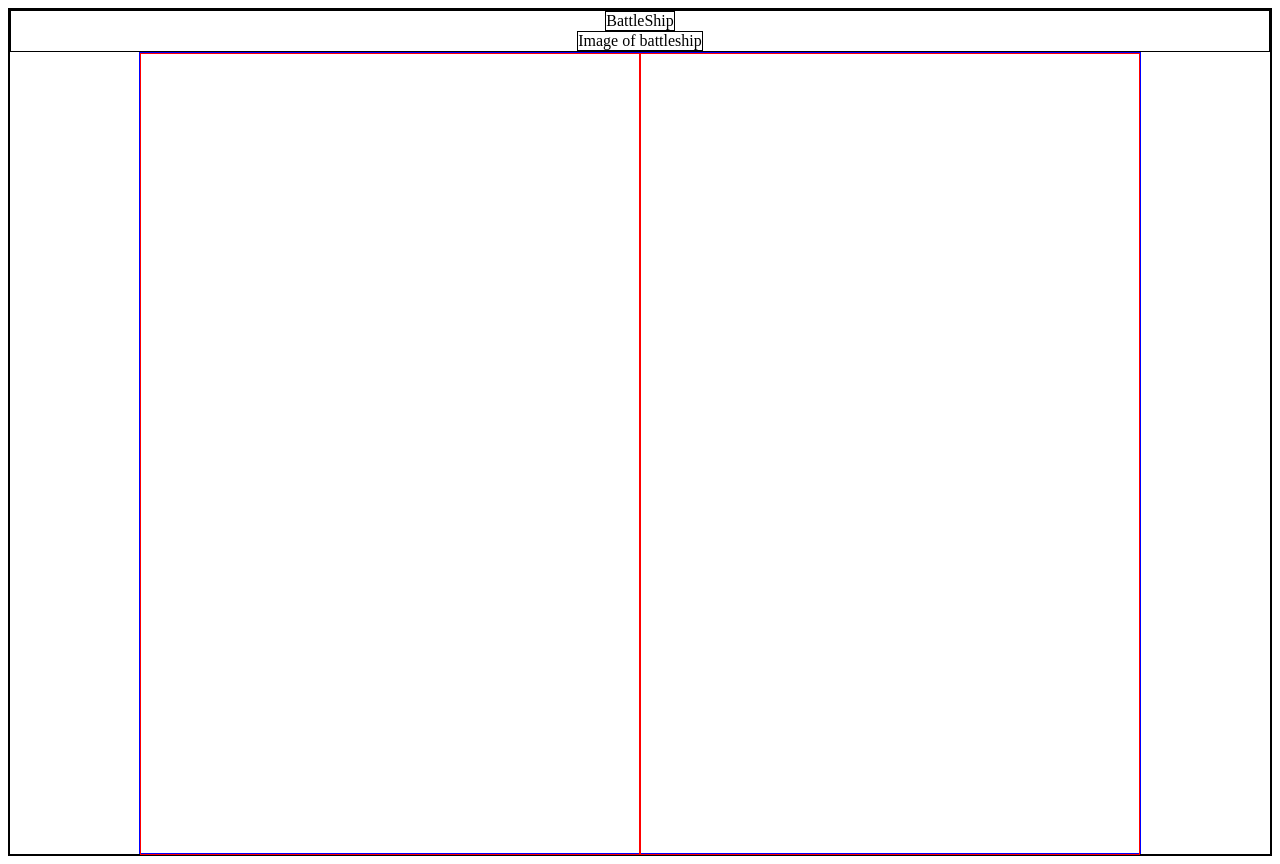
Repository: J-Haze/BattleshipApp
Page: /
The author's editor kept a copy of each file at every save. The page is drawn from the files as they stood at one save, then again after the next save.
The browser window is 1280 px wide. The pictures show the whole page.
The project was rebuilt for these pictures with package versions that can differ from the ones it lists, and the page was loaded fresh each time. Also part of the build but not shown: src/index.css.

Above is the page before, as saved 2020-09-15 12:03:46.

### src/App.js
import React from "react";
import "./App.css";
import Game from "./Components/Game";
import Header from "./Components/Header"
// import { ProgressPlugin } from "webpack";

//test

function App() {
  return (
    <div className="App">
      <Header />
      <Game />
    </div>
  );
}

export default App;

### src/App.css
/* test */
:root{
    --black: #1B262C;
}


header {
    border: 1px solid black;

    display: flex;
    flex-direction: column;
    justify-content: center;
    align-items: center;

}

div {
    border: 1px solid black;
}

#game{
    width: 1000px;
    height: 800px;
    display: flex;
    border: 1px solid blue;
    margin-left: auto;
    margin-right: auto;
}

.column{
    width: 100%;
    height: 100%;
    border: 1px solid red;
}

### src/Components/Game.js
import React from "react"
import shipFactory from "../factories/ship"
import gameboardFactory from "../factories/gameboard"
import player from "../factories/player"

function Game() {

    //Write logic that modertes the games (turns and GameOver etc.)

    //Return "Board" and other components, with state being passed into it (turn, coordinates, etc.)


    // const destroyer = shipFactory(2)
    // const cruiser = shipFactory(3)
    // const battleship = shipFactory(4)
    // const carrier = shipFactory(5)

    // //Start testing
    // console.log(destroyer.name)
    // console.log(destroyer.shipLength)
    // console.log(destroyer.ship)
    // console.log(destroyer.hit(1))

    // function sinkBattleship() {
    //     battleship.hit(0);
    //     battleship.hit(1);
    //     battleship.hit(2);
    //     battleship.hit(3);
    //     battleship.hit(4);
    //     console.log("Battleship Sunk?", (battleship.isSunk()))
    // };

    // function sinkCruiser() {
    //     cruiser.hit(1);
    //     console.log("Cruiser Sunk?", (cruiser.isSunk()))
    // };

    // sinkBattleship();
    // sinkCruiser();
    // //End Testing


    return (
        <div id="game">
            <div id="col-one" class="column">
                {/* <Player /> */}
            </div>
            <div id="col-one" class="column">
                {/* <Computer /> */}
            </div>

        </div>
    )
}

export default Game;

### src/Components/Header.js
import React from "react"
import shipFactory from "../factories/ship"
import gameboardFactory from "../factories/gameboard"
import player from "../factories/player"


function Header() {
    return (
        <header>
            <div>BattleShip</div>
            <div> Image of battleship </div>
        </header>
    )
}


export default Header;

### src/factories/ship.js

const shipFactory = (shipLength) => {
    const shipNames = {
        1: 'Submarine',
        2: 'Destroyer',
        3: 'Cruiser',
        4: 'Battleship',
        5: 'Carrier',
    };

    const name = shipNames[shipLength];

    let ship = [];
    for (let i = 0; i < shipLength; i++) {
        ship.push([false, i, name])
    }

    let hit = (hitLocation) => {
        ship[hitLocation] = [true, hitLocation, name];
        console.log("Hit!", ship)
        console.log(`You've hit my ${name}`)
        // console.log("hits length", hit.length)
        // console.log("ship.length", ship.length)
        return ship
    }

    let isSunk = () => {
        let sunkStatus = false
        ship[0][0] == true ? sunkStatus = true : sunkStatus = false
        for (let square in ship) {
            console.log("ship:", ship)
            console.log(ship[square])
            sunkStatus = (ship[square][0] && sunkStatus)
        }
        // let sunkStatus = ship[0].every(Boolean);
        return sunkStatus
    }

    return {
        //id,
        name,
        shipLength,
        ship,
        hit,
        isSunk
    }
}

// const destroyer = shipFactory(2)
// const cruiser = shipFactory(3)
// const battleship = shipFactory(4)
// const carrier = shipFactory(5)

export default shipFactory;

//export default {shipFactory, destroyer, cruiser, battleship, carrier}

//Comment out with not testing
// module.exports = shipFactory;

### src/factories/gameboard.js
import shipFactory from "./ship"

const destroyer = shipFactory(2)
const submarine = shipFactory(3)
const cruiser = shipFactory(3)
const battleship = shipFactory(4)
const carrier = shipFactory(5)

const gameboardFactory = () => {
    let board = [];
    for (let a = 0; a <= 99; a++) {
        board.push(null)
    }
    // let boatsSunk = ["cruiser", "battleship", "carrier"];
    let boatsSunk = [];
    let allSunk = false;
    // let boatsPlaced = [];
    // let allPlaced = false;

    const placeShip = (shipName, shipLength, position, orient) => {
        //Checks for valid move
        let endPoint = 0;
        let closestEdge = 99;

        if (orient == "horizontal") {
            for (let b = position; b < (position + shipLength); b++) {
                if (board[b] != null) {
                    console.log("Illegal placement: ship already on square")
                    return board
                }
            };

            endPoint = ((position + shipLength - 1) / 10);
            closestEdge = ((Math.ceil(position / 10)) - 0.1);
        }

        if (orient == "vertical") {
            for (let c = position; c < (position + shipLength * 10); c += 10) {
                if (board[c] != null) {
                    console.log(`Illegal placement: ship already on square: ${c}`)
                    return board
                }
            };

            endPoint = ((position + ((shipLength - 1) * 10)));
            closestEdge = 99;
        }


        if ((endPoint > closestEdge)) {
            console.log("Illegal placement: over edge of board")
            return board
        }

        //Places the ship
        for (let square in board) {
            if ((position == square && (orient == "horizontal"))) {
                for (let z = position; z < (position + shipLength); z++) {
                    board.splice(z, 1, shipName.ship[z - position])
                }
                // console.log("HERE", shipName.ship)
                // boatsPlaced.push(shipName)
            } else if ((position == square && (orient == "vertical"))) {
                for (let z = position; z < (position + shipLength * 10); z += 10) {
                    // let w = Math.round(z/10)
                    console.log(z)
                    board.splice(z, 1, shipName.ship[(z - position) / 10])
                }
            }
        }
        console.log({ board })
        return board
    }

    const receiveAttack = (attackPosition) => {
        let attackID = board[attackPosition];

        //Change to if (board[attackPosition] != "false")
        if (board[attackPosition] == null) {
            console.log("Attack missed")
            board[attackPosition] = "miss";
            console.log("New Board:", { board })
            return
        }

        if ((attackID[0] == true) || (board[attackPosition] == "miss")) {
            console.log("Already guessed this position")
            return
        }

        if (attackID[0] == false) {
            console.log("Receive Attack hit!")
            let hitLocation = attackID[1];
            let boatHitString = attackID[2];
            let boatHit = "";

            if (boatHitString == "Carrier") {
                boatHit = carrier;
            } else if (boatHitString == "Battleship") {
                boatHit = battleship;
            } else if (boatHitString == "Cruiser") {
                boatHit = cruiser;
            } else if (boatHitString == "Destroyer") {
                boatHit = destroyer;
            } else if (boatHitString == "Submarine") {
                boatHit = submarine;
            }

            console.log({ boatHit })

            boatHit.hit(hitLocation);
            board[attackPosition][0] = true;

            console.log("isSunk?", boatHit.isSunk())

            if (boatHit.isSunk()) {
                console.log(`Player's ${boatHitString} is sunk!`)
                //change all squares in boatHit from "hit" to "sunk"?
                //Or just have a pop up (i think the board game doesn't change to "sunk")
                boatsSunk.push(boatHitString)
                console.log({ boatsSunk })
            }

            if (boatsSunk.length > 4) {
                allSunk = true;
                console.log("ALL BOATS SUNK")
            }

            console.log("everyBoolean:", boatHit.ship[0])
            console.log("New Board:", { board })
            console.log("New Ship:", { boatHit })
        }
        return {
            board
        }

    }

    return {
        board,
        placeShip,
        // allPlaced,
        receiveAttack,
        allSunk
    }
}



export default gameboardFactory;

### src/factories/player.js
import shipFactory from "./ship"
import gameboardFactory from "./gameboard"

const player = (playerName) => {
    // const submarine = shipFactory(1)
    // const destroyer = shipFactory(2)
    // const cruiser = shipFactory(3)
    // const battleship = shipFactory(4)
    // const carrier = shipFactory(5)
    const gameboard = gameboardFactory();
    let attackCoord = 100;
    let index = 100;

    const squaresToGuess = [];

    for (let i = 0; i <= 99; i++) {
        squaresToGuess.push(i);
    }
    // console.log(squaresToGuess)

    //Randomly sends an attack
    const sendAttack = (coord) => {
        // if (playerName == "Computer") {
        // }

        if (playerName == "Player One") {
            attackCoord = coord;
            index = squaresToGuess.indexOf(attackCoord);
            squaresToGuess.splice(index, 1);
        } else {
            console.log("s2g", squaresToGuess.length - 1)
            attackCoord = Math.floor(Math.random() * (squaresToGuess.length - 1));
            index = squaresToGuess.indexOf(attackCoord);
            squaresToGuess.splice(index, 1);
        }

        console.log({ attackCoord })
        console.log("squares to guess:", squaresToGuess)
        return attackCoord
    }



    //send attack will take coordinates and "send an attack" to the OPPOSING board
    //Need to make sure it has an array of 0-99 and takes away the guessed numbers from that array.
    //random between 0 and array.length

    return {
        gameboard,
        squaresToGuess,
        sendAttack
    }
}

const playerOne = player("Player One");
const computer = player("Computer")
console.log(playerOne.squaresToGuess)

//    playerOne.gameboard.placeShip(carrier, 5, 23, "horizontal")


// gameboard.placeShip(battleship, 4, 11, "vertical");
// gameboard.placeShip(cruiser, 3, 82, "horizontal");

// gameboard.placeShip(destroyer, 2, 6, "horizontal");
// gameboard.placeShip(submarine, 1, 19, "horizontal");

// //random attacks
// gameboard.receiveAttack(2, 4);
// gameboard.receiveAttack(1, 2);
// gameboard.receiveAttack(2, 1);

// //Sinks destroyer
// gameboard.receiveAttack(0, 6);
// gameboard.receiveAttack(0, 7);
// // gameboard_1.receiveAttack(0, 7);



computer.gameboard.receiveAttack(playerOne.sendAttack(2))
playerOne.gameboard.receiveAttack(computer.sendAttack(2))

// playerOne.sendAttack()
// playerOne.sendAttack()


// const computer = player("Computer")



export default player;

Loaded but not shown: public/index.html (common file); src/index.js (common file); src/serviceWorker.js (common file)

After the next save:
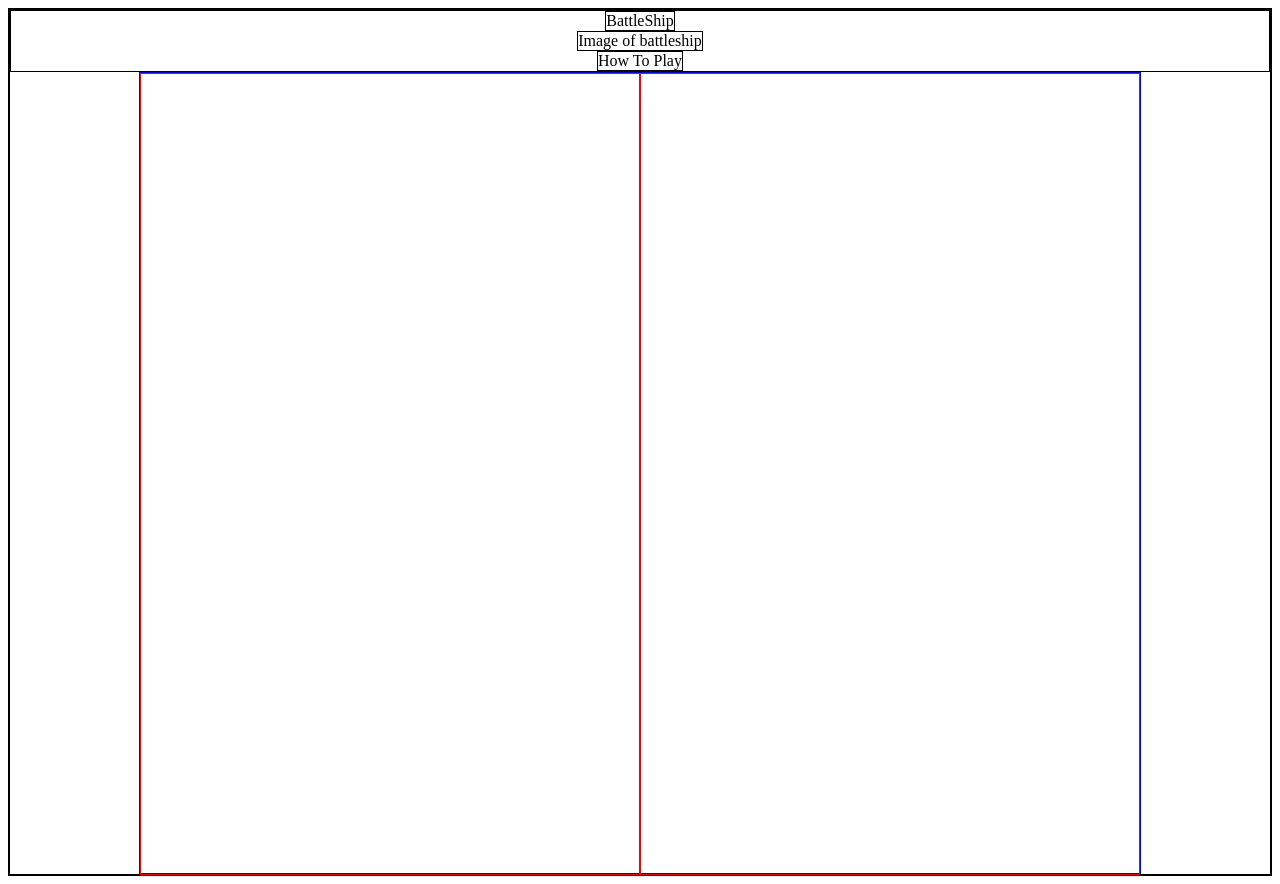
Saved 3 h 41 min later.
--- a/src/Components/Header.js
+++ b/src/Components/Header.js
@@ -9,6 +9,7 @@ function Header() {
         <header>
             <div>BattleShip</div>
             <div> Image of battleship </div>
+            <div id="how-to"> How To Play </div>
         </header>
     )
 }
